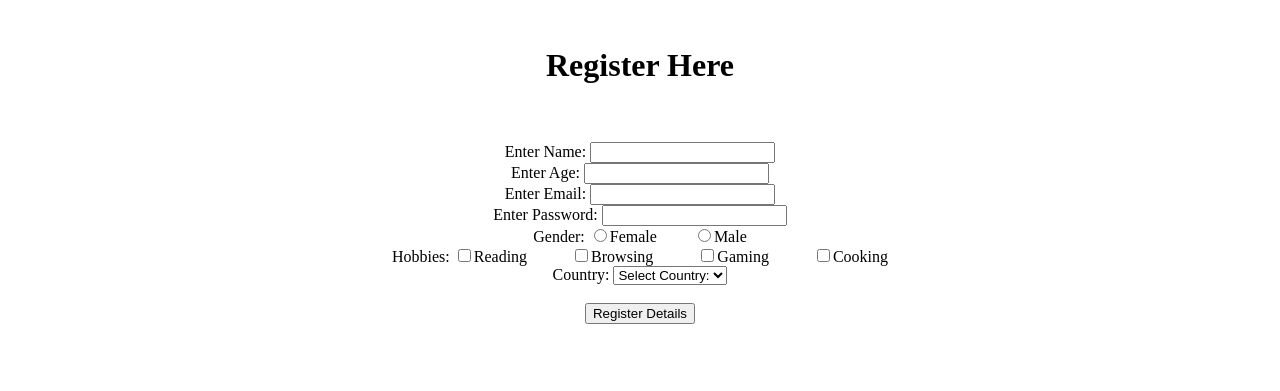
Repository: StarCoder09/JavaWorkspace
Page: http://localhost/JSP_demo/register.jsp
The author's editor kept a copy of each file at every save. The page is drawn from the files as they stood at one save, then again after the next save.
The browser window is 1280 px wide. The pictures show the whole page.
The page is served by Tomcat 9. Other server files are loaded and not shown.

Above is the page before, as saved 2021-07-01 06:13:26.

### JSP_demo/src/main/webapp/register.jsp
<%@ page language="java" contentType="text/html; charset=ISO-8859-1"
    pageEncoding="ISO-8859-1"%>
<!DOCTYPE html>
<html>
	<head>
		<meta charset="ISO-8859-1">
		<title>Register</title>
	</head>
	<body>
		<div align="center">
			<br/>
			<h1>Register Here</h1><br/><br/>
			<form action="" method="post">
				Enter Name: <input type="text" name="fname"/><br/>
				Enter Age: <input type="text" name="age"/><br/>
				Enter Email: <input type="text" name="email"/><br/>
				Enter Password: <input type="password" name="password"/><br/>
				Gender: <input type="radio" name="gender" value="female"/>Female
						&nbsp; &nbsp; &nbsp; &nbsp;
						<input type="radio" name="gender" value="male"/>Male<br/>
				Hobbies: <input type="checkbox" name="hobby" value="reading"/>Reading
						&nbsp; &nbsp; &nbsp; &nbsp; &nbsp;
						<input type="checkbox" name="hobby" value="browsing"/>Browsing
						&nbsp; &nbsp; &nbsp; &nbsp; &nbsp;
						<input type="checkbox" name="hobby" value="gaming"/>Gaming
						&nbsp; &nbsp; &nbsp; &nbsp; &nbsp;
						<input type="checkbox" name="hobby" value="cooking"/>Cooking<br/>
				Country: <select name="country">
							<option value="select"> Select Country:</option>
							<option value="INDIA"> INDIA </option>
							<option value="USA"> USA </option>
							<option value="UK"> UK </option>
							<option value="Others"> Others </option>
						</select><br/><br/>
				<input type= "submit" name="register" value="Register Details"/>
			</form>
		</div>
	</body>
</html>

After the next save:
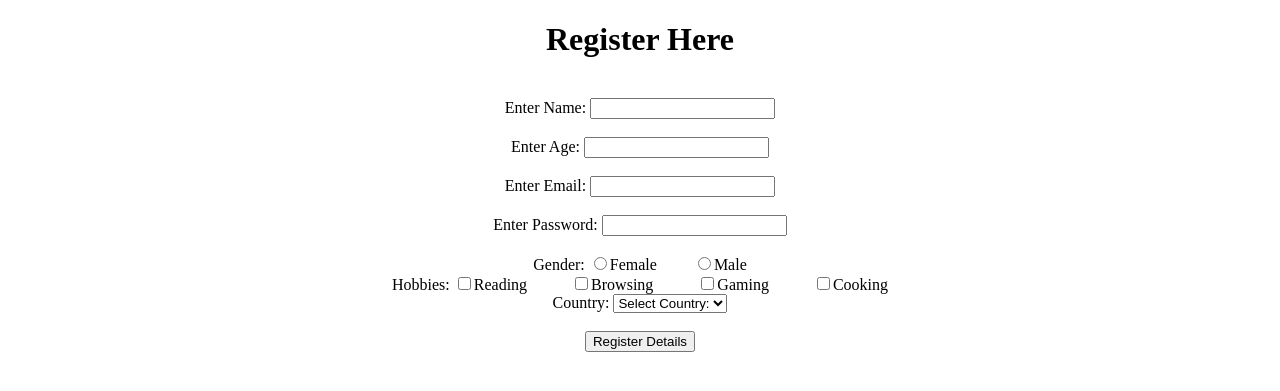
Saved 64 s later.
--- a/JSP_demo/src/main/webapp/register.jsp
+++ b/JSP_demo/src/main/webapp/register.jsp
@@ -8,13 +8,12 @@
 	</head>
 	<body>
 		<div align="center">
-			<br/>
-			<h1>Register Here</h1><br/><br/>
+			<h1>Register Here</h1><br/>
 			<form action="" method="post">
-				Enter Name: <input type="text" name="fname"/><br/>
-				Enter Age: <input type="text" name="age"/><br/>
-				Enter Email: <input type="text" name="email"/><br/>
-				Enter Password: <input type="password" name="password"/><br/>
+				Enter Name: <input type="text" name="fname"/><br/><br/>
+				Enter Age: <input type="text" name="age"/><br/><br/>
+				Enter Email: <input type="text" name="email"/><br/><br/>
+				Enter Password: <input type="password" name="password"/><br/><br/>
 				Gender: <input type="radio" name="gender" value="female"/>Female
 						&nbsp; &nbsp; &nbsp; &nbsp;
 						<input type="radio" name="gender" value="male"/>Male<br/>
